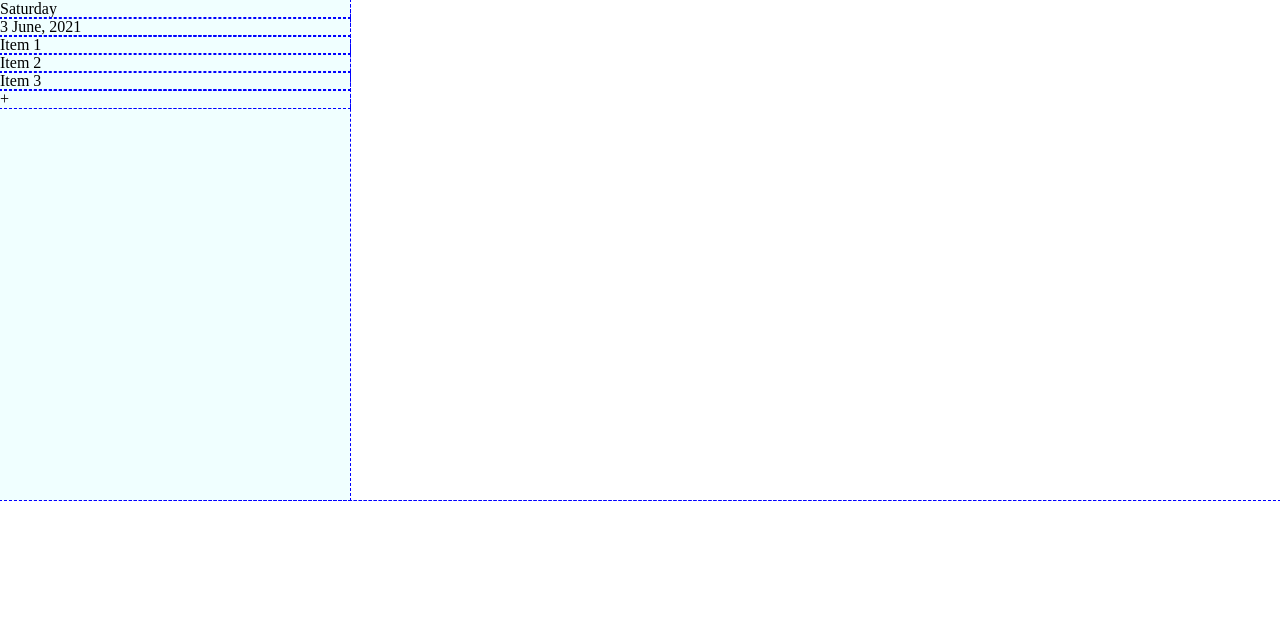
Repository: Colo-Codes/mini-projects
Page: todo-app/index.html
These files come from the project's save history. The page is drawn as it stood at one moment and after the next save; the edit follows.
The browser window is 1280 px wide. The pictures show the whole page.

Above is the page before, as saved 2021-07-04 10:58:12.

After the next save:
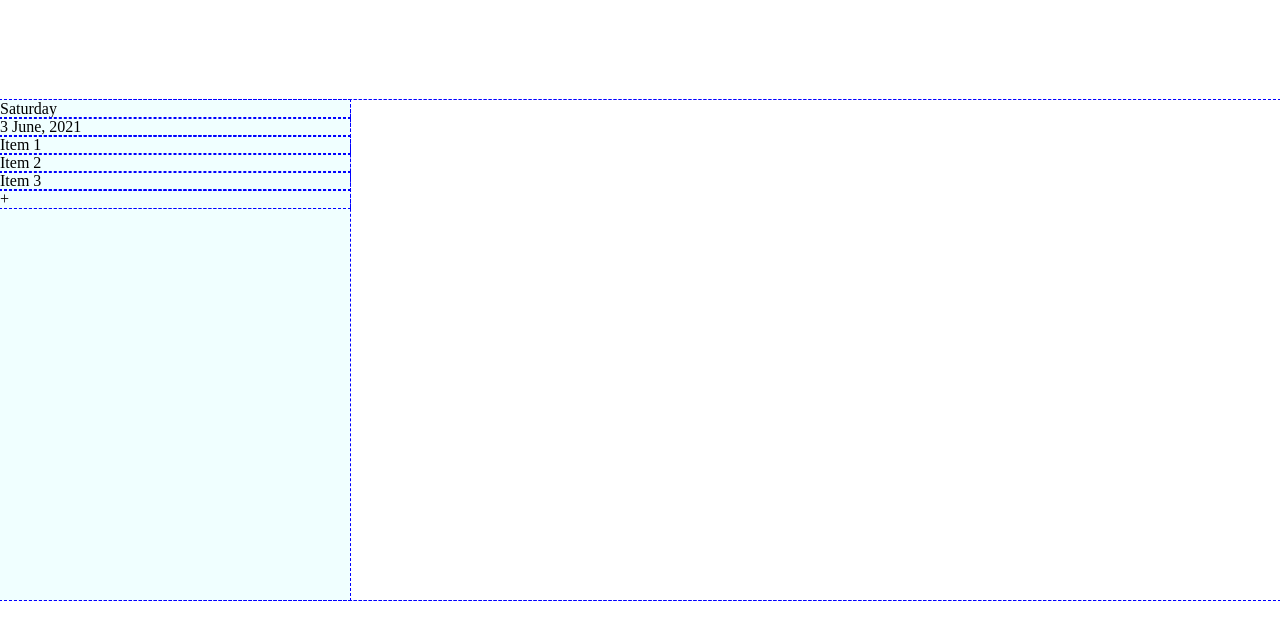
Saved 11 s later.
--- a/todo-app/css/index.css
+++ b/todo-app/css/index.css
@@ -15,7 +15,7 @@ html {
 }
 
 .todo {
-    top: 100px;
+    margin-top: 100px;
     width: 350px;
     height: 500px;
     background-color: azure;
